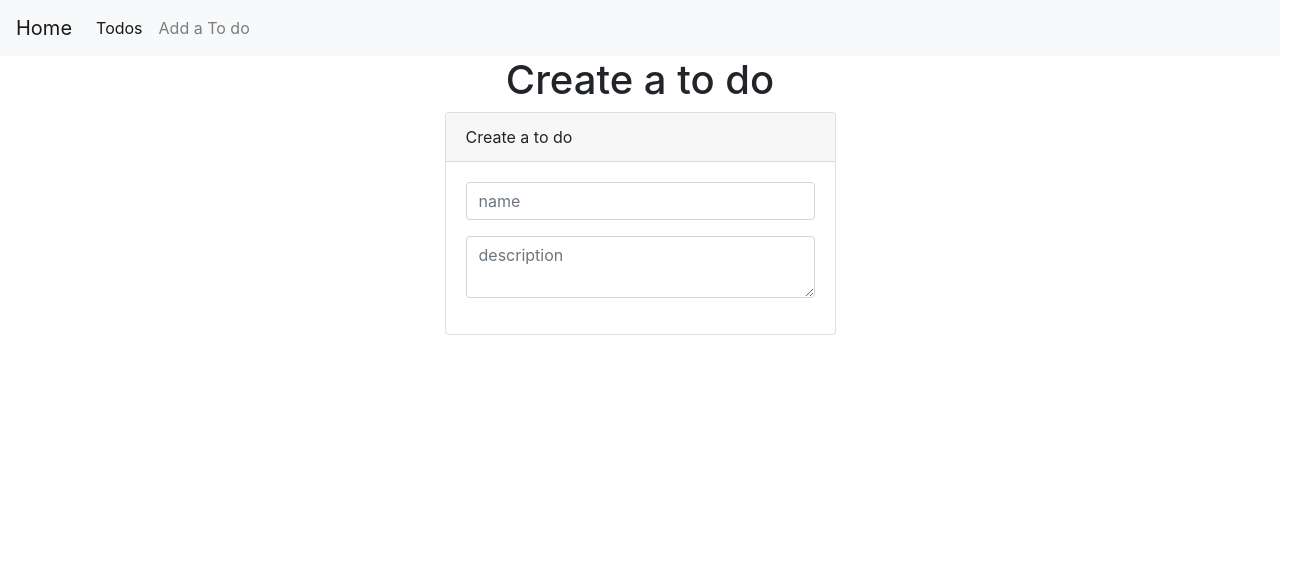
Repository: Azariagmt/laravel-to-do-app
Page: http://localhost/new-to-do
An editor plug-in stored every save of this project. The page is shown before and after the next save, followed by the edit.
The browser window is 1280 px wide. The page is 1295 px wide, so the pictures cover 1295 px, including what lies to the right of the window. The pictures show the whole page.
The page is served by the project's Laravel application, run on PHP 8.4 with Laravel 8. Other server files are loaded and not shown.

Above is the page before, as saved 2020-04-27 22:52:54.

### routes/web.php
<?php

use Illuminate\Support\Facades\Route;

/*
|--------------------------------------------------------------------------
| Web Routes
|--------------------------------------------------------------------------
|
| Here is where you can register web routes for your application. These
| routes are loaded by the RouteServiceProvider within a group which
| contains the "web" middleware group. Now create something great!
|
*/

Route::get('/', function () {
    return view('welcome');
});

Route::get('/todos', 'TodosController@index')->name('todos');

Route::get('todos/{todo}', 'TodosController@show')->name('todo');

Route::get('/new-to-do', 'TodosController@new')->name('new');

### app/Http/Controllers/TodosController.php
<?php

namespace App\Http\Controllers;

use Illuminate\Http\Request;
use App\Todo;

class TodosController extends Controller
{
    public function index(){
        $todos = Todo::all();
        return view('todos.index', [
            'todos' => $todos
        ]);
    }
    public function show($todoId){

        $todo = Todo::find($todoId);
        return view('todos.show',[
            'todo' => $todo
        ]);
    }
    public function new(){
        return view('todos.new');
    }
}

### resources/views/todos/new.blade.php
@extends('layouts')

@section('content')
<h1 class="text-center">
Create a to do
</h1>
<div class="row justify-content-center">
<div class="card card-default">
<div class="card-header">
Create a to do
</div>
<div class="card-body">
<form action="">
<div class="form-group">
<input type="text" class="form-control" name="name" placeholder="name">
</div>
<div class="form-group">
<textarea type="text-area" class="form-control" placeholder="description" cols="30" row="10" name="description"></textarea>
</div>
</form>
</div>
</div>
</div>
@endsection

### resources/views/layouts.blade.php
<!DOCTYPE html>
<!--[if lt IE 7]>      <html class="no-js lt-ie9 lt-ie8 lt-ie7"> <![endif]-->
<!--[if IE 7]>         <html class="no-js lt-ie9 lt-ie8"> <![endif]-->
<!--[if IE 8]>         <html class="no-js lt-ie9"> <![endif]-->
<!--[if gt IE 8]><!--> <html class="no-js"> <!--<![endif]-->
    <head>
        <meta charset="utf-8">
        <meta http-equiv="X-UA-Compatible" content="IE=edge">
        <title>To do app</title>
        <meta name="description" content="">
        <meta name="viewport" content="width=device-width, initial-scale=1">
        <link rel="stylesheet" href="https://stackpath.bootstrapcdn.com/bootstrap/4.4.1/css/bootstrap.min.css" integrity="sha384-Vkoo8x4CGsO3+Hhxv8T/Q5PaXtkKtu6ug5TOeNV6gBiFeWPGFN9MuhOf23Q9Ifjh" crossorigin="anonymous">
        <link rel="stylesheet" href="">
    </head>
    <body>
        <!--[if lt IE 7]>
            <p class="browsehappy">You are using an <strong>outdated</strong> browser. Please <a href="#">upgrade your browser</a> to improve your experience.</p>
        <![endif]-->
        <nav class="navbar navbar-expand-lg navbar-light bg-light">
  <a class="navbar-brand" href="/">Home</a>
  <button class="navbar-toggler" type="button" data-toggle="collapse" data-target="#navbarNav" aria-controls="navbarNav" aria-expanded="false" aria-label="Toggle navigation">
    <span class="navbar-toggler-icon"></span>
  </button>
  <div class="collapse navbar-collapse" id="navbarNav">
    <ul class="navbar-nav">
      <li class="nav-item active">
        <a class="nav-link" href="{{route('todos')}}">Todos <span class="sr-only">(current)</span></a>
      </li>
      <li class="nav-item">
        <a class="nav-link" href="{{route('new')}}">Add a To do <span class="sr-only">(current)</span></a>
      </li>
    </ul>
  </div>
</nav>
        @yield('content')
        <script src="" async defer></script>
    </body>
</html>

Loaded but not shown: app/Http/Controllers/Controller.php (common file)

After the next save:
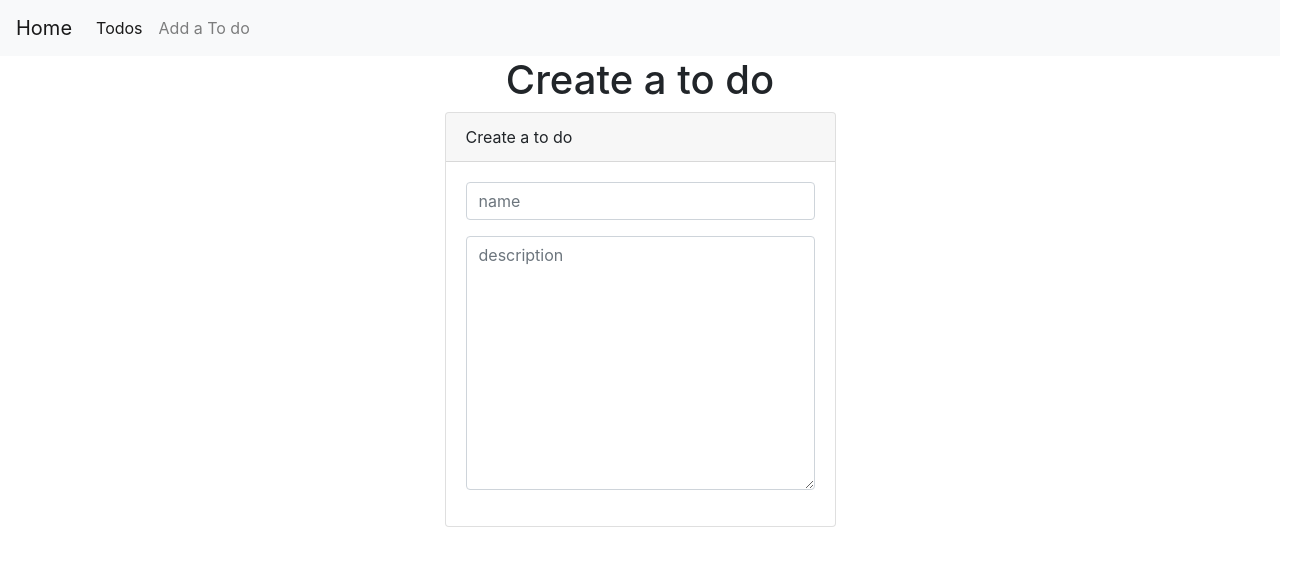
Saved 12 s later.
--- a/resources/views/todos/new.blade.php
+++ b/resources/views/todos/new.blade.php
@@ -15,7 +15,7 @@ Create a to do
 <input type="text" class="form-control" name="name" placeholder="name">
 </div>
 <div class="form-group">
-<textarea type="text-area" class="form-control" placeholder="description" cols="30" row="10" name="description"></textarea>
+<textarea type="text-area" class="form-control" placeholder="description" cols="30" rows="10" name="description"></textarea>
 </div>
 </form>
 </div>
